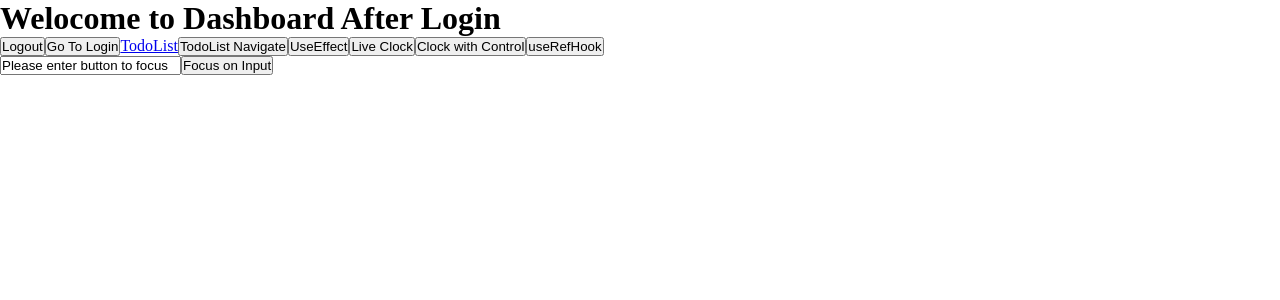
Repository: harshrathore123/ReactPractice
Page: /dashboard/useRefHook (app in my-app/)
These files come from the project's save history. The page is drawn as it stood at one moment and after the next save; the edit follows.
The browser window is 1280 px wide. The pictures show the whole page.
The project was rebuilt for these pictures with package versions that can differ from the ones it lists, and the page was loaded fresh each time. Also part of the build but not shown: my-app/vite.config.js, my-app/src/component/Desctructuing.jsx, my-app/src/component/FirstName.jsx, my-app/src/component/Increment.jsx, my-app/src/component/Event.jsx, my-app/src/component/Form.jsx, my-app/src/component/Rendering.jsx, my-app/src/component/RenderingList.jsx and 7 more.

Above is the page before, as saved 2025-10-13 12:49:48.

After the next save:
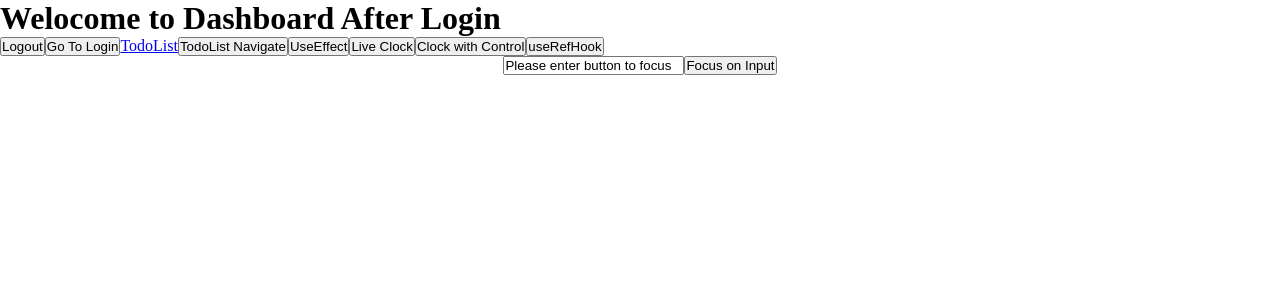
Saved 19 s later.
--- a/my-app/src/component/Hooks/useRefHook.jsx
+++ b/my-app/src/component/Hooks/useRefHook.jsx
@@ -5,7 +5,7 @@ export default function UseRefHook(){
     }
     return(
         <>
-        <div className="coainer">
+        <div className="coainer" style={{display:"flex",justifyContent:"center",alignContent:"center"}}>
         <input type="text" placeholder="Please enter button to focus" />
         <button onClick={focusInput}>Focus on Input</button>
         </div>
